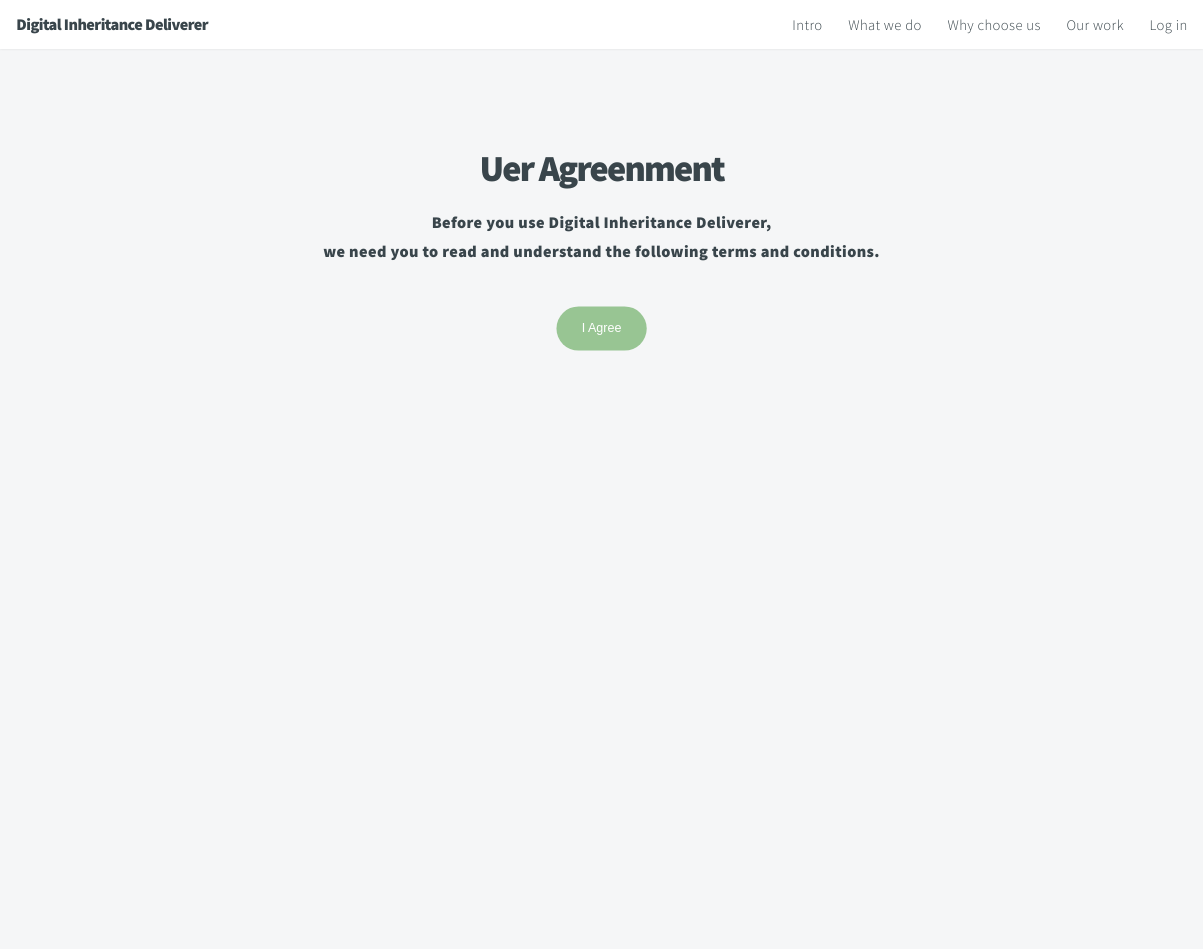
Repository: 1mocat/DID-blockchain-project
Page: Digital_I_D/app/src/UserAgreement.html
These files come from the project's save history. The page is drawn as it stood at one moment and after a run of saves; the edit follows.
The browser window is 1280 px wide. The pictures show the whole page, at 94% of full size.

Above is the page before, as saved 2023-09-26 22:02:52.

### Digital_I_D/app/src/UserAgreement.html
<!DOCTYPE HTML>
<html>
	<head>
		<title>Digital Inheritance Deliverer</title>
		<meta charset="utf-8" />
		<meta name="viewport" content="width=device-width, initial-scale=1, user-scalable=no" />
		<link rel="stylesheet" href="assets_index/css/main.css" />
		<noscript><link rel="stylesheet" href="assets_index/css/noscript.css" /></noscript>
	</head>
	<body class="is-preload">

		<!-- Header -->
			<header id="header">
				<h1>Digital Inheritance Deliverer</h1>
				<nav>
					<ul>
						<li><a href="#intro">Intro</a></li>
						<li><a href="#one">What we do</a></li>
						<li><a href="#two">Why choose us</a></li>
						<li><a href="#work">Our work</a></li>
						<li><a href="#contact">Log in</a></li>
					</ul>
				</nav>
			</header>

		<!-- Contact -->
			<section id="contact" class="main style3 secondary">
				<div class="content">
					<header>
						<h2>Uer Agreenment</h2>
                        <strong><strong></strong>
						<p>Before you use Digital Inheritance Deliverer,<br> we need you to read and understand the following terms and conditions.</p>
					</header>

					<a href="UserAgreement.html">
                        <button>I Agree</button>
                    </a>
					<br>
					<br>
					<br>
					<br>
					<br>
					<br>
					<br>
					<br>
					<br>
					<br>
					<br>
                    <br>
					<br>
					<br>
					<br>
					<br>
					<br>
					<br>
					<br>
					<br>
					<br>
					<br>
				</div>
			</section>

		<!-- Scripts -->
			<script src="assets_index/js/jquery.min.js"></script>
			<script src="assets_index/js/jquery.poptrox.min.js"></script>
			<script src="assets_index/js/jquery.scrolly.min.js"></script>
			<script src="assets_index/js/jquery.scrollex.min.js"></script>
			<script src="assets_index/js/browser.min.js"></script>
			<script src="assets_index/js/breakpoints.min.js"></script>
			<script src="assets_index/js/util.js"></script>
			<script src="assets_index/js/main.js"></script>

	</body>
</html>

Loaded but not shown: Digital_I_D/app/src/assets_index/js/jquery.min.js (library); Digital_I_D/app/src/assets_index/js/jquery.poptrox.min.js (library); Digital_I_D/app/src/assets_index/js/jquery.scrolly.min.js (common file); Digital_I_D/app/src/assets_index/js/jquery.scrollex.min.js (common file); Digital_I_D/app/src/assets_index/js/browser.min.js (common file); Digital_I_D/app/src/assets_index/js/breakpoints.min.js (common file); Digital_I_D/app/src/assets_index/css/fontawesome-all.min.css (library); Digital_I_D/app/src/assets_index/js/util.js (587 lines, source omitted); Digital_I_D/app/src/assets_index/js/main.js (219 lines, source omitted); Digital_I_D/app/src/assets_index/css/main.css (2312 lines, source omitted)

After the next 2 saves:
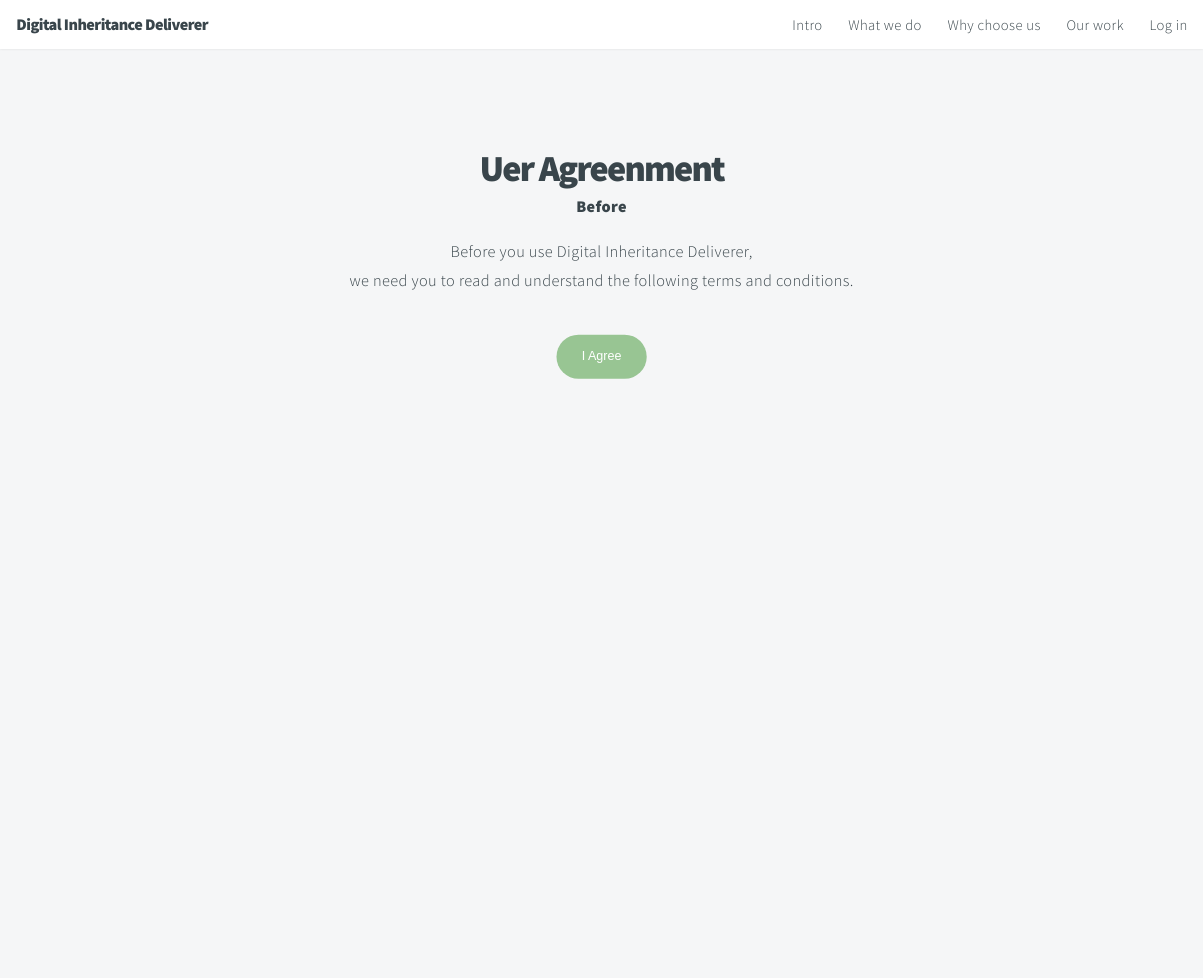
The 2 saves are shown as one change because they came seconds apart.
The last was saved 5 s later.
--- a/Digital_I_D/app/src/UserAgreement.html
+++ b/Digital_I_D/app/src/UserAgreement.html
@@ -28,7 +28,7 @@
 				<div class="content">
 					<header>
 						<h2>Uer Agreenment</h2>
-                        <strong><strong></strong>
+                        <strong>Before</strong>
 						<p>Before you use Digital Inheritance Deliverer,<br> we need you to read and understand the following terms and conditions.</p>
 					</header>
 

After the 4 saves that followed:
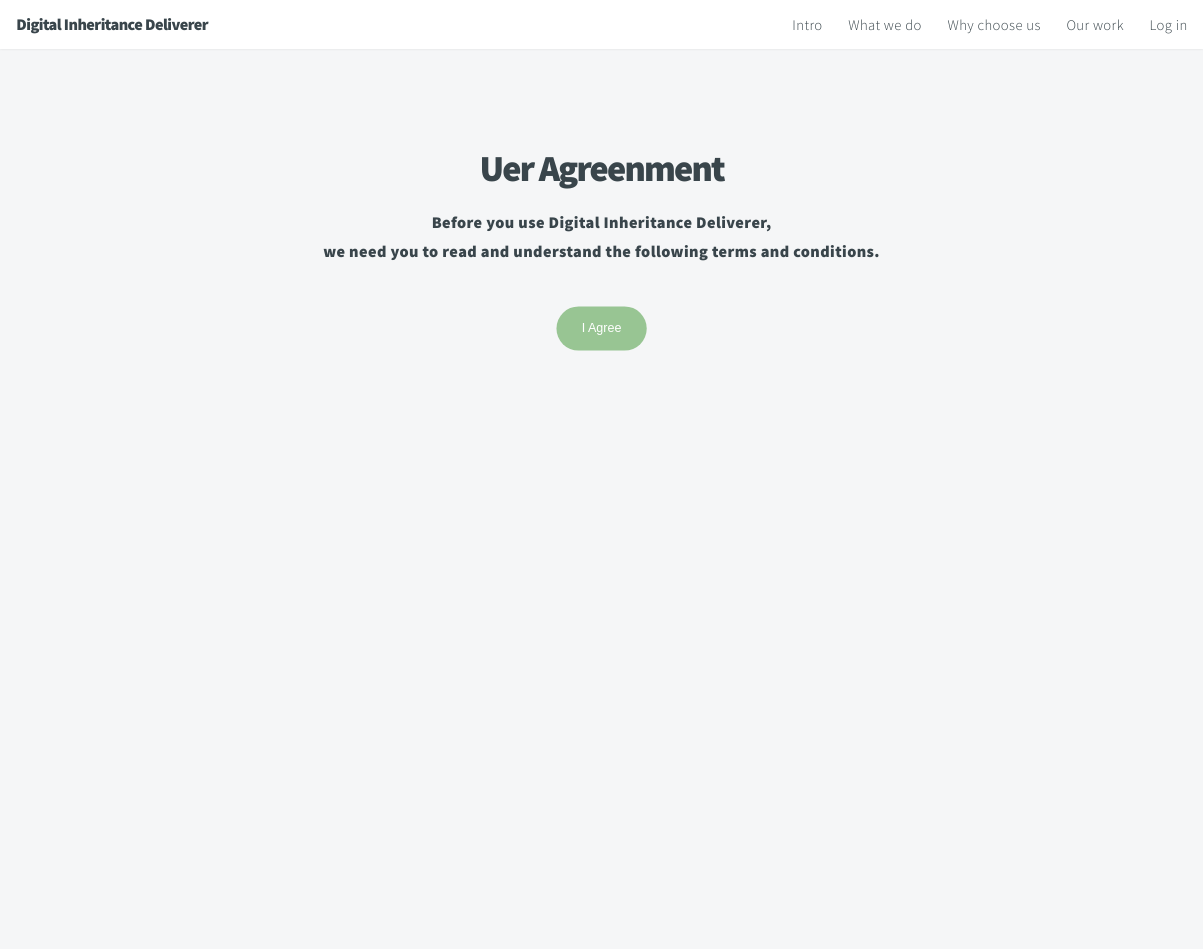
The 4 saves are shown as one change because they came seconds apart.
The last was saved 22 s later.
--- a/Digital_I_D/app/src/UserAgreement.html
+++ b/Digital_I_D/app/src/UserAgreement.html
@@ -28,8 +28,8 @@
 				<div class="content">
 					<header>
 						<h2>Uer Agreenment</h2>
-                        <strong>Before</strong>
-						<p>Before you use Digital Inheritance Deliverer,<br> we need you to read and understand the following terms and conditions.</p>
+
+						<p><strong>Before you use Digital Inheritance Deliverer,<br> we need you to read and understand the following terms and conditions.</p></strong>
 					</header>
 
 					<a href="UserAgreement.html">
